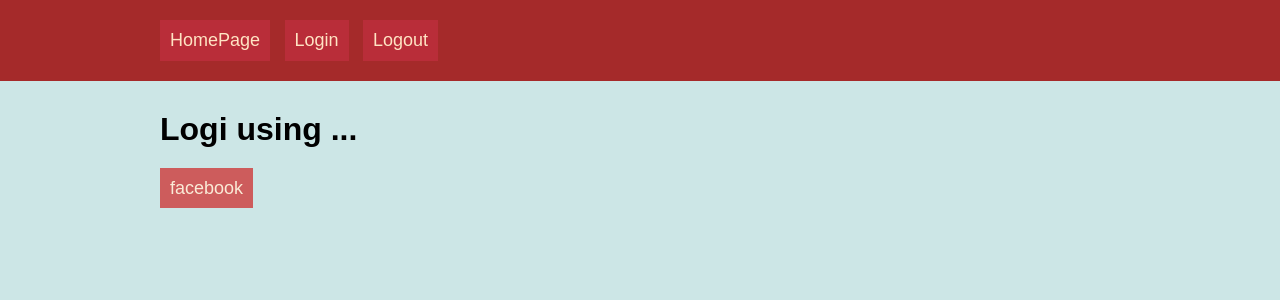
Repository: RISBandara/Oauth2-Assignment2
Page: http://localhost/auth/login
These files come from the project's save history. The page is drawn as it stood at one moment and after the next save; the edit follows.
The browser window is 1280 px wide. The pictures show the whole page.
The page is served by the project's Node server (app.js).

Above is the page before, as saved 2019-09-23 14:07:02.

After the next save:
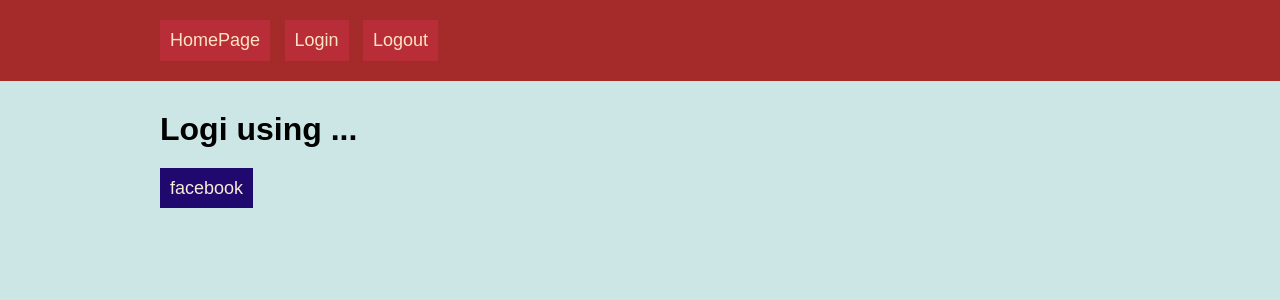
Saved 40 s later.
--- a/Oauth/views/login.ejs
+++ b/Oauth/views/login.ejs
@@ -37,7 +37,7 @@
                     font-size: 18px;
                     padding: 10px;
                     text-decoration: none;
-                    background-color: indianred;
+                    background-color: rgb(31, 9, 110);
                     color: antiquewhite;
                 }
                 main ,header{
